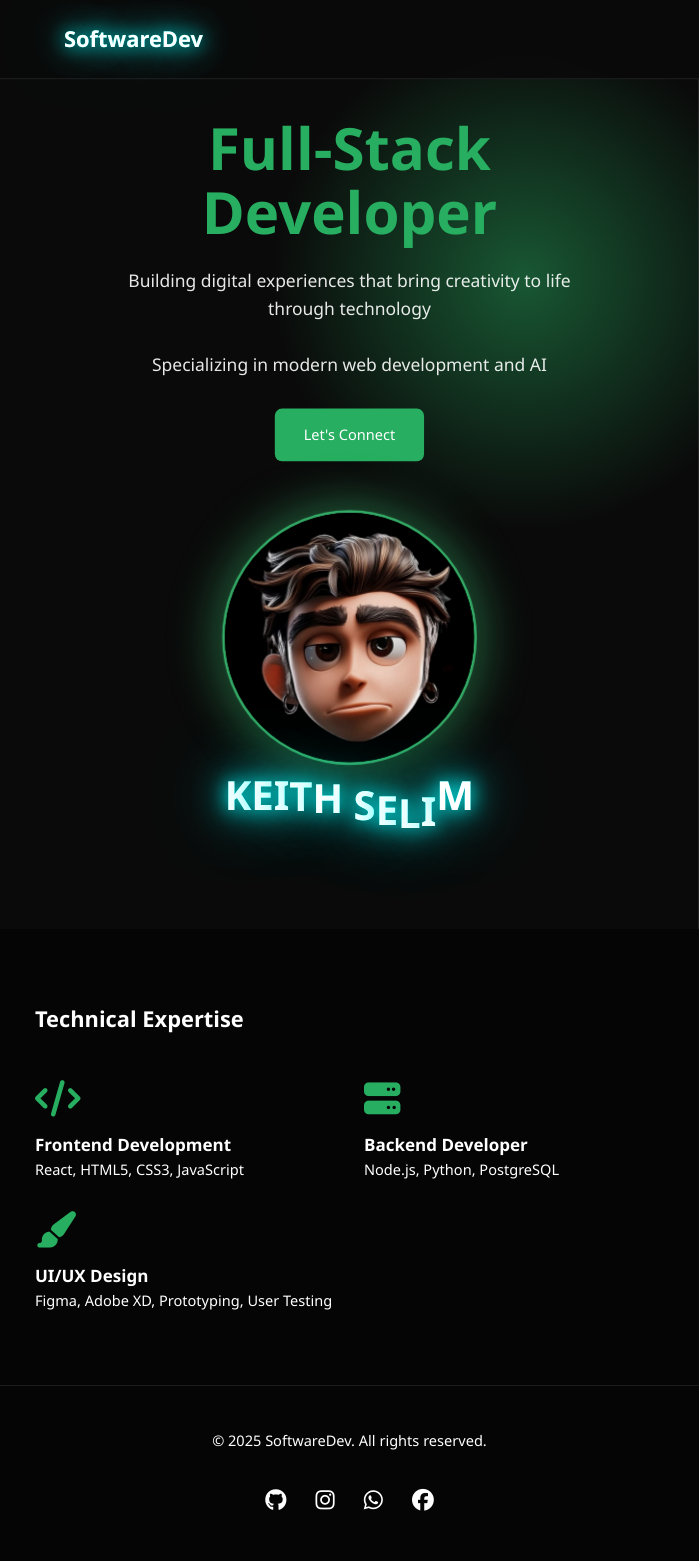
Repository: PEEZYBEE/my-react-portfolio
Page: /
These files come from the project's save history. The page is drawn as it stood at one moment and after the next save; the edit follows.
The browser window is 768 px wide. The pictures show the whole page, at 91% of full size.
The project was rebuilt for these pictures with package versions that can differ from the ones it lists, and the page was loaded fresh each time. Also part of the build but not shown: vite.config.js.

Above is the page before, as saved 2025-04-21 02:24:55.

After the next save:
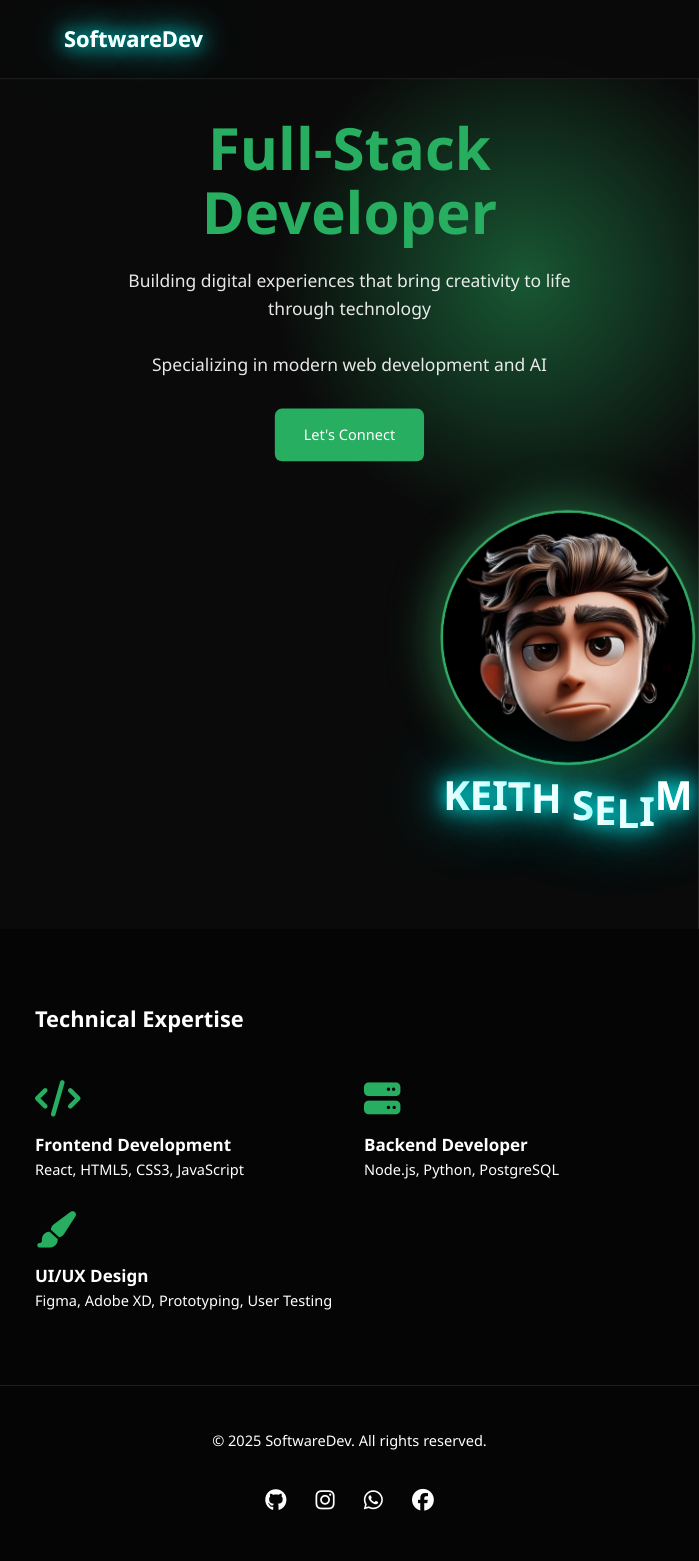
Saved 38 s later.
--- a/src/components/Hero.css
+++ b/src/components/Hero.css
@@ -91,7 +91,7 @@
     { animation-delay:  1.0s; }
   @media (max-width: 768px) {
     .hero-image-container {
-      margin-left: 0; /* Reset for small screens */
+      margin-left: 30; /* Reset for small screens */
       justify-content: center;
     }
   }

After the 3 saves that followed:
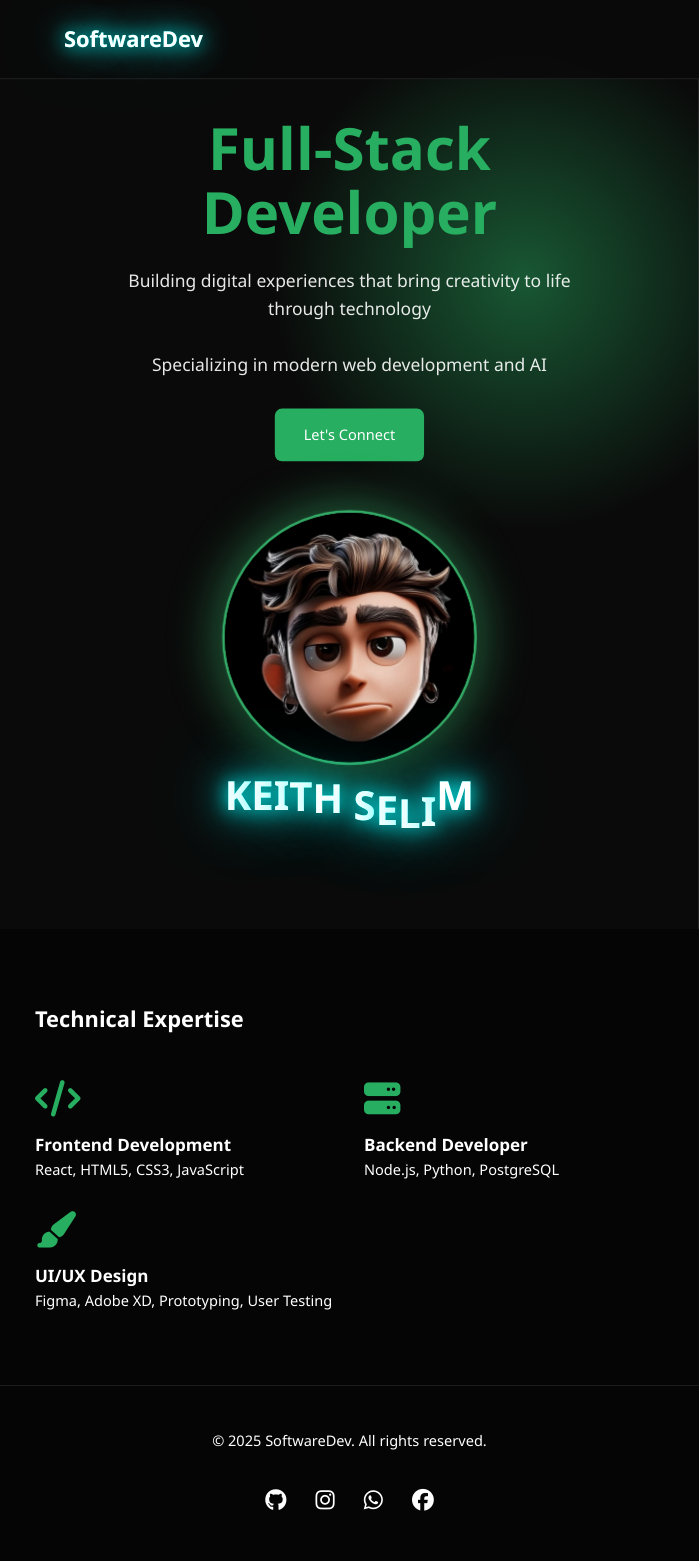
The 3 saves are shown as one change because 1 left the picture as it was and some came seconds apart.
The last was saved 21 s later.
--- a/src/components/Hero.css
+++ b/src/components/Hero.css
@@ -91,7 +91,7 @@
     { animation-delay:  1.0s; }
   @media (max-width: 768px) {
     .hero-image-container {
-      margin-left: 30; /* Reset for small screens */
+      margin-left: 0; /* Reset for small screens */
       justify-content: center;
     }
   }
